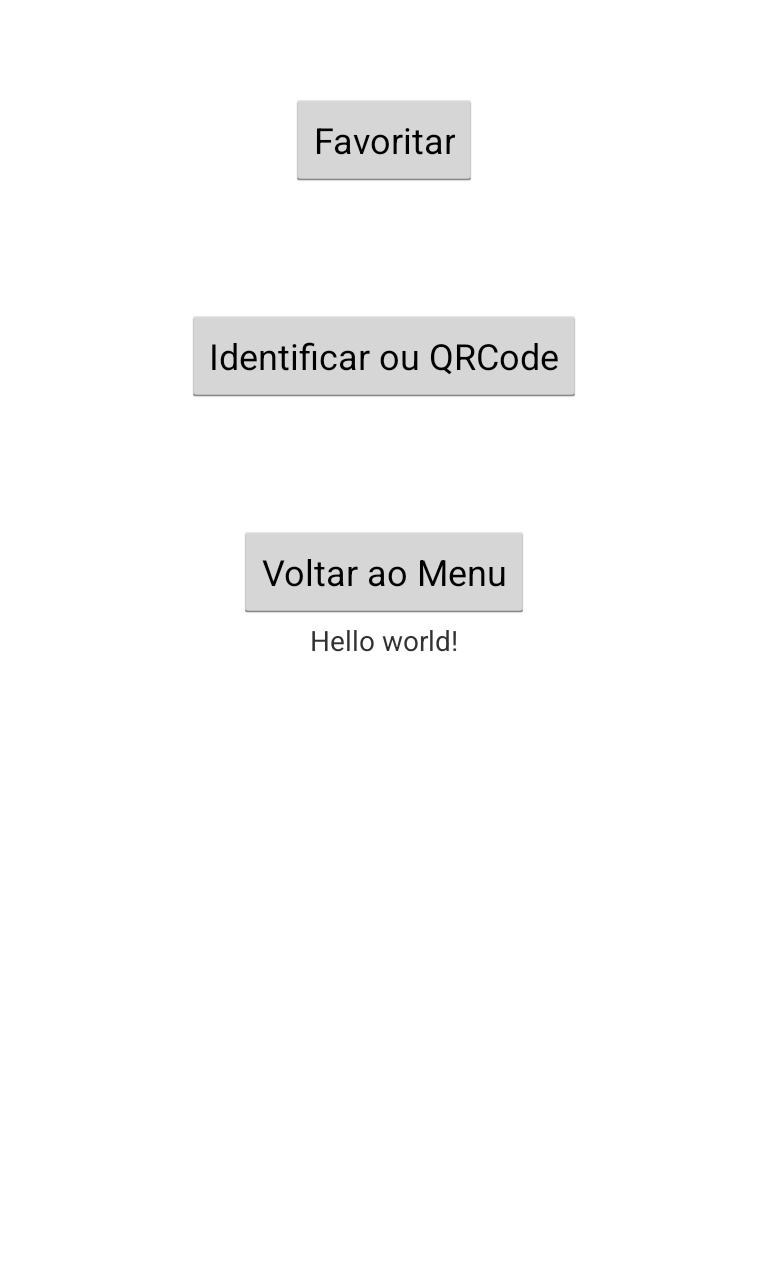
Repository: raphaelferras/eshelf
Layout: eshelfApp/E-shelf/res/layout/activity_item.xml
An editor plug-in stored every save of this project. The layout is shown before and after the next save, followed by the edit.
It is drawn on a 768 x 1280 px phone screen (xhdpi) without system bars, with theme AppTheme; the app's code is not run.

Above is the layout before, as saved 2013-03-23 15:55:00.

After the next save:
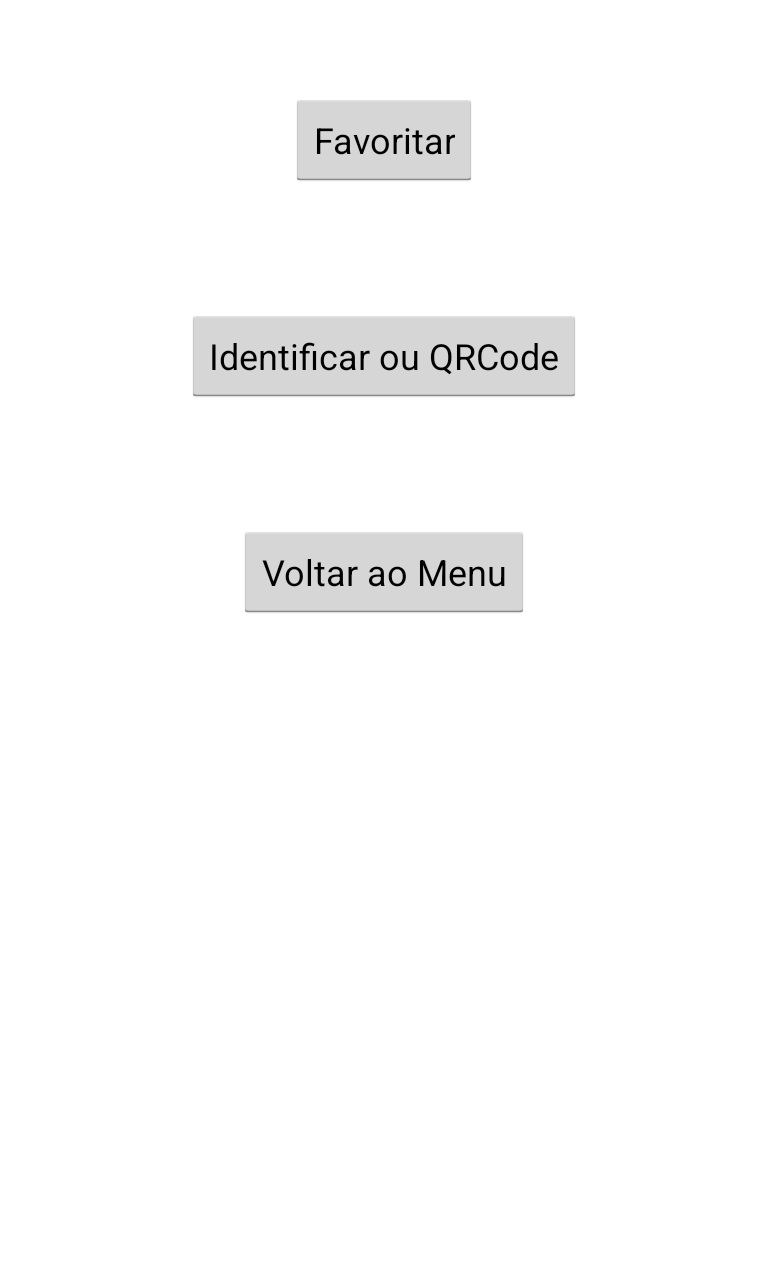
Saved 22 s later.
--- a/eshelfApp/E-shelf/res/layout/activity_item.xml
+++ b/eshelfApp/E-shelf/res/layout/activity_item.xml
@@ -20,16 +20,6 @@
         android:layout_width="match_parent"
         android:layout_height="match_parent"
         android:visibility="visible" >
-
-        <TextView
-            android:id="@+id/title"
-            android:layout_width="wrap_content"
-            android:layout_height="wrap_content"
-            android:layout_centerHorizontal="true"
-            android:layout_centerVertical="true"
-            android:padding="@dimen/padding_medium"
-            android:text="@string/hello_world"
-            tools:context=".ItemActivity" />
 
         <Button
             android:id="@+id/favorite"

After the save that followed:
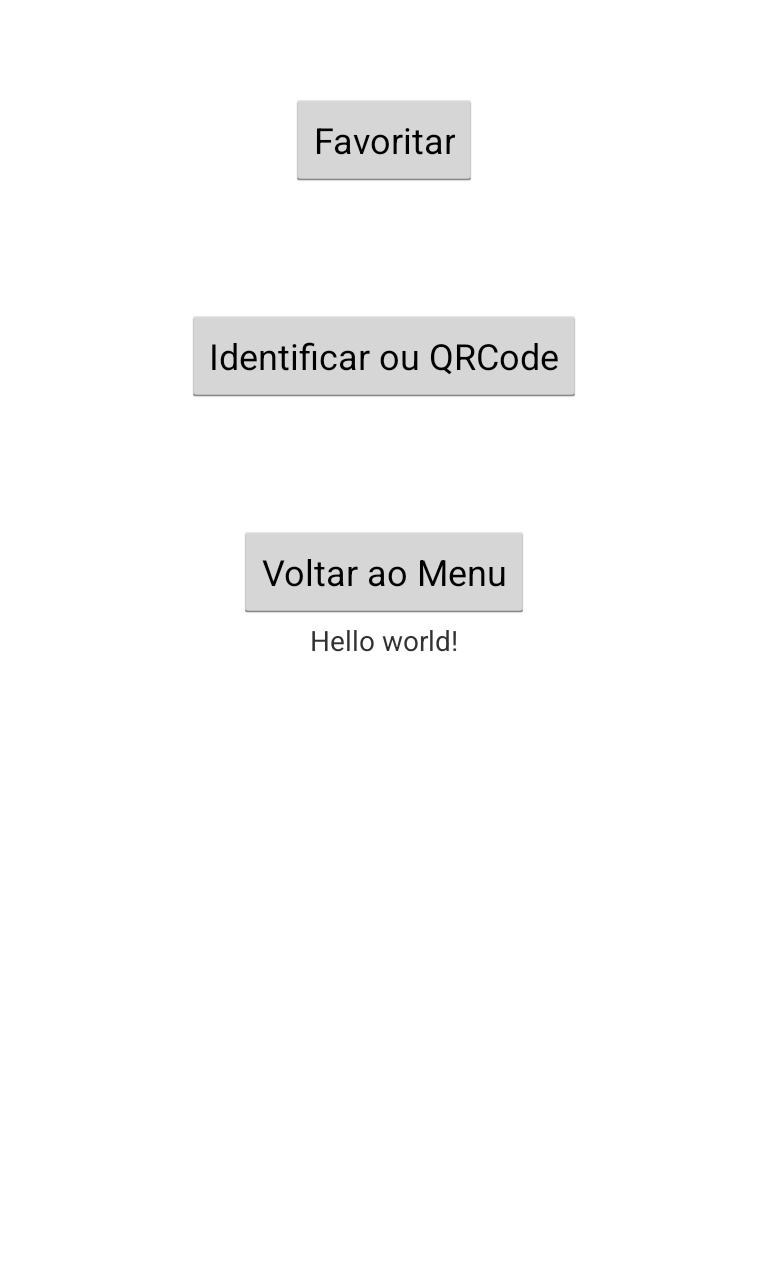
Saved 15 s later.
--- a/eshelfApp/E-shelf/res/layout/activity_item.xml
+++ b/eshelfApp/E-shelf/res/layout/activity_item.xml
@@ -21,11 +21,22 @@
         android:layout_height="match_parent"
         android:visibility="visible" >
 
+        <TextView
+            android:id="@+id/title"
+            android:layout_width="wrap_content"
+            android:layout_height="wrap_content"
+            android:layout_centerHorizontal="true"
+            android:layout_centerVertical="true"
+            android:padding="@dimen/padding_medium"
+            android:text="@string/hello_world"
+            tools:context=".ItemActivity" />
+
         <Button
             android:id="@+id/favorite"
             android:layout_width="wrap_content"
             android:layout_height="wrap_content"
             android:layout_alignParentTop="true"
+            android:layout_below="@+id/favorite"
             android:layout_centerHorizontal="true"
             android:layout_marginTop="46dp"
             android:text="Favoritar" />
